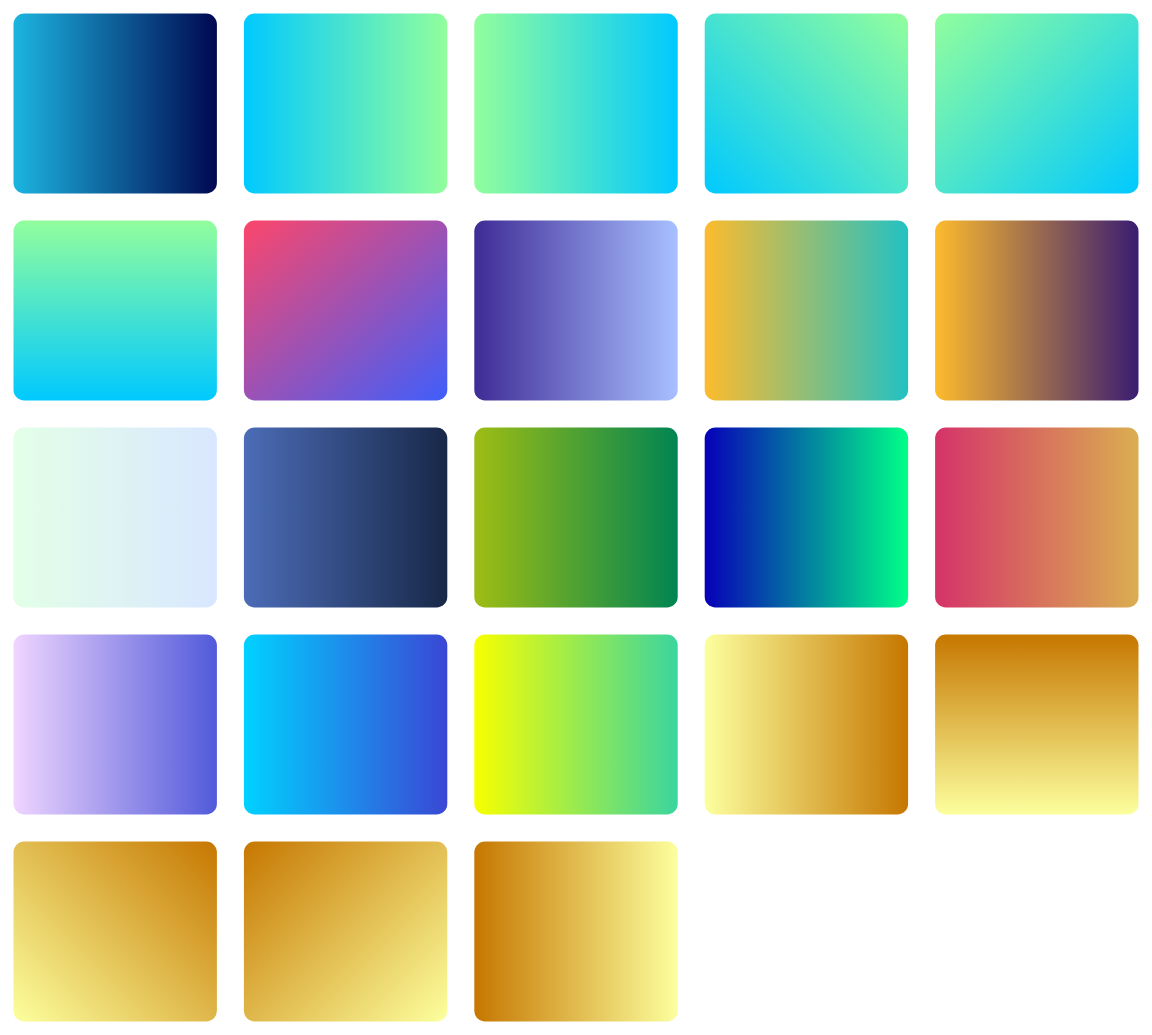
Repository: LBprox3010/gradient
Page: index.html
An editor plug-in stored every save of this project. The page is shown before and after the next save, followed by the edit.
The browser window is 1280 px wide. The pictures show the whole page, at 90% of full size.

Above is the page before, as saved 2022-02-24 08:33:50.

After the next save:
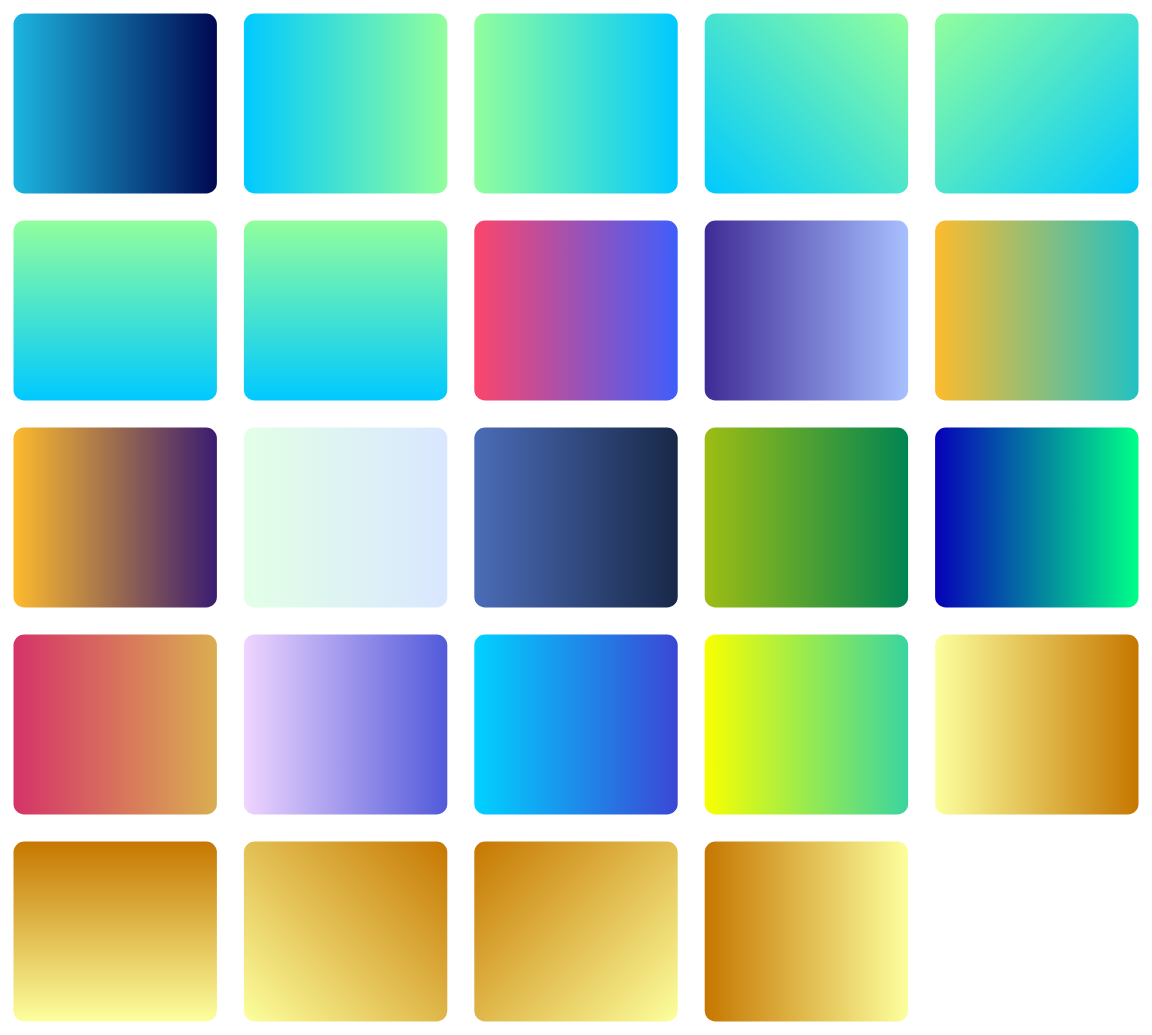
Saved 23 s later.
--- a/app.js
+++ b/app.js
@@ -9,7 +9,8 @@
   "linear-gradient(45deg, #00C9FF 0%, #92FE9D 100%)",
   "linear-gradient(-45deg, #00C9FF 0%, #92FE9D 100%)",
   "linear-gradient(0deg, #00C9FF 0%, #92FE9D 100%)",
-  "linear-gradient(140deg, #FC466B 0%, #3F5EFB 100%)",
+  "linear-gradient(1800deg, #00C9FF 0%, #92FE9D 100%)",
+  "linear-gradient(90deg, #FC466B 0%, #3F5EFB 100%)",
   "linear-gradient(90deg, #3F2B96 0%, #A8C0FF 100%)",
   "linear-gradient(90deg, #FDBB2D 0%, #22C1C3 100%)",
   "linear-gradient(90deg, #FDBB2D 0%, #3A1C71 100%)",
